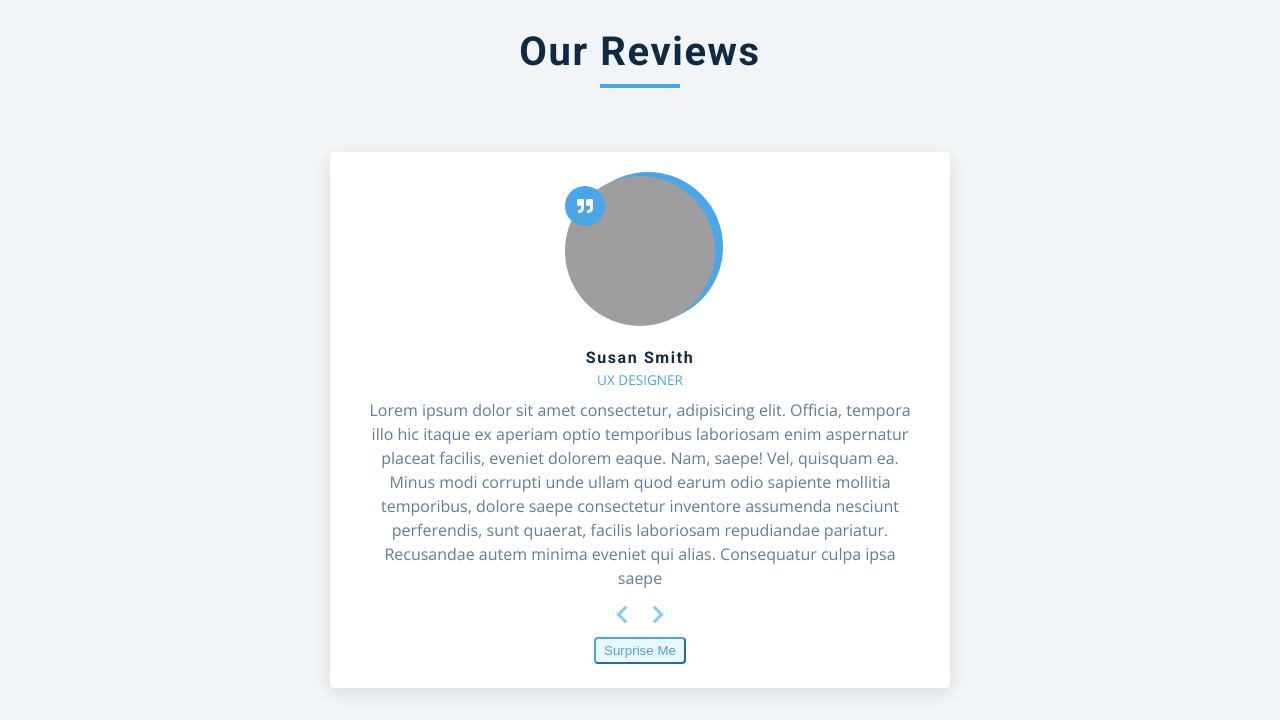
Repository: sunny070/javaScript
Page: Reviews_03/index.html
An editor plug-in stored every save of this project. The page is shown before and after the next save, followed by the edit.
The browser window is 1280 px wide. The pictures show the whole page.
Pictures or frames that could not be fetched are drawn as grey boxes. Some web libraries are served in a nearby version.

Above is the page before, as saved 2023-10-04 12:16:34.

### Reviews_03/index.html
<!DOCTYPE html>
<html lang="en">
  <head>
    <meta charset="UTF-8" />
    <meta name="viewport" content="width=device-width, initial-scale=1.0" />
    <title>Review</title>
    <link
      rel="stylesheet"
      href="https://cdnjs.cloudflare.com/ajax/libs/font-awesome/5.14.0/css/all.min.css"
    />
    <link rel="stylesheet" href="style.css" />
  </head>
  <body>
    <main>
      <section class="container">
        <div class="title">
          <h2>Our Reviews</h2>
          <div class="underline"></div>
        </div>
        <article class="review">
          <div class="img-container">
            <img id="person-img" src="person-1.jpeg" alt="" />
          </div>
          <h4 id="author">sara jones</h4>
          <p id="job">ux Designer</p>
          <p id="info">
            Lorem ipsum dolor sit amet consectetur, adipisicing elit. Officia,
            tempora illo hic itaque ex aperiam optio temporibus laboriosam enim
            aspernatur placeat facilis, eveniet dolorem eaque. Nam, saepe! Vel,
            quisquam ea. Minus modi corrupti unde ullam quod earum odio sapiente
            mollitia temporibus, dolore saepe consectetur inventore assumenda
            nesciunt perferendis, sunt quaerat, facilis laboriosam repudiandae
            pariatur. Recusandae autem minima eveniet qui alias. Consequatur
            culpa ipsa saepe
          </p>

          <div class="button-container">
            <button class="prev-btn">
              <i class="fas fa-chevron-left"></i>
            </button>
            <button class="prev-btn">
              <i class="fas fa-chevron-right"></i>
            </button>
          </div>
          <button class="random-btn">Surprise me</button>
        </article>
      </section>
    </main>

    <script src="app.js"></script>
  </body>
</html>

### Reviews_03/style.css
/*
===============
Fonts
===============
*/
@import url("https://fonts.googleapis.com/css?family=Open+Sans|Roboto:400,700&display=swap");

/*
===============
Variables
===============
*/

:root {
  /* dark shades of primary color*/
  --clr-primary-1: hsl(205, 86%, 17%);
  --clr-primary-2: hsl(205, 77%, 27%);
  --clr-primary-3: hsl(205, 72%, 37%);
  --clr-primary-4: hsl(205, 63%, 48%);
  /* primary/main color */
  --clr-primary-5: hsl(205, 78%, 60%);
  /* lighter shades of primary color */
  --clr-primary-6: hsl(205, 89%, 70%);
  --clr-primary-7: hsl(205, 90%, 76%);
  --clr-primary-8: hsl(205, 86%, 81%);
  --clr-primary-9: hsl(205, 90%, 88%);
  --clr-primary-10: hsl(205, 100%, 96%);
  /* darkest grey - used for headings */
  --clr-grey-1: hsl(209, 61%, 16%);
  --clr-grey-2: hsl(211, 39%, 23%);
  --clr-grey-3: hsl(209, 34%, 30%);
  --clr-grey-4: hsl(209, 28%, 39%);
  /* grey used for paragraphs */
  --clr-grey-5: hsl(210, 22%, 49%);
  --clr-grey-6: hsl(209, 23%, 60%);
  --clr-grey-7: hsl(211, 27%, 70%);
  --clr-grey-8: hsl(210, 31%, 80%);
  --clr-grey-9: hsl(212, 33%, 89%);
  --clr-grey-10: hsl(210, 36%, 96%);
  --clr-white: #fff;
  --clr-red-dark: hsl(360, 67%, 44%);
  --clr-red-light: hsl(360, 71%, 66%);
  --clr-green-dark: hsl(125, 67%, 44%);
  --clr-green-light: hsl(125, 71%, 66%);
  --clr-black: #222;
  --ff-primary: "Roboto", sans-serif;
  --ff-secondary: "Open Sans", sans-serif;
  --transition: all 0.3s linear;
  --spacing: 0.1rem;
  --radius: 0.25rem;
  --light-shadow: 0 5px 15px rgba(0, 0, 0, 0.1);
  --dark-shadow: 0 5px 15px rgba(0, 0, 0, 0.2);
  --max-width: 1170px;
  --fixed-width: 620px;
}
/*
===============
Global Styles
===============
*/

*,
::after,
::before {
  margin: 0;
  padding: 0;
  box-sizing: border-box;
}
body {
  font-family: var(--ff-secondary);
  background: var(--clr-grey-10);
  color: var(--clr-grey-1);
  line-height: 1.5;
  font-size: 0.875rem;
}
ul {
  list-style-type: none;
}
a {
  text-decoration: none;
}
h1,
h2,
h3,
h4 {
  letter-spacing: var(--spacing);
  text-transform: capitalize;
  line-height: 1.25;
  margin-bottom: 0.75rem;
  font-family: var(--ff-primary);
}
h1 {
  font-size: 3rem;
}
h2 {
  font-size: 2rem;
}
h3 {
  font-size: 1.25rem;
}
h4 {
  font-size: 0.875rem;
}
p {
  margin-bottom: 1.25rem;
  color: var(--clr-grey-5);
}
@media screen and (min-width: 800px) {
  h1 {
    font-size: 4rem;
  }
  h2 {
    font-size: 2.5rem;
  }
  h3 {
    font-size: 1.75rem;
  }
  h4 {
    font-size: 1rem;
  }
  body {
    font-size: 1rem;
  }
  h1,
  h2,
  h3,
  h4 {
    line-height: 1;
  }
}
/*  global classes */

/* section */
.section {
  padding: 5rem 0;
}

.section-center {
  width: 90vw;
  margin: 0 auto;
  max-width: 1170px;
}
@media screen and (min-width: 992px) {
  .section-center {
    width: 95vw;
  }
}
main {
  min-height: 100vh;
  display: grid;
  place-items: center;
}

/*
===============
Reviews
===============
*/
main {
  min-height: 100vh;
  display: grid;
  place-items: center;
}
.title {
  text-align: center;
  margin-bottom: 4rem;
}
.underline {
  height: 0.25rem;
  width: 5rem;
  background: var(--clr-primary-5);
  margin-left: auto;
  margin-right: auto;
}
.container {
  width: 80vw;
  max-width: var(--fixed-width);
}
.review {
  background: var(--clr-white);
  padding: 1.5rem 2rem;
  border-radius: var(--radius);
  box-shadow: var(--light-shadow);
  transition: var(--transition);
  text-align: center;
}
.review:hover {
  box-shadow: var(--dark-shadow);
}
.img-container {
  position: relative;
  width: 150px;
  height: 150px;
  border-radius: 50%;
  margin: 0 auto;
  margin-bottom: 1.5rem;
}
#person-img {
  width: 100%;
  display: block;
  height: 100%;
  object-fit: cover;
  border-radius: 50%;
  position: relative;
}
.img-container::after {
  font-family: "Font Awesome 5 Free";
  font-weight: 900;
  content: "\f10e";
  position: absolute;
  top: 0;
  left: 0;
  width: 2.5rem;
  height: 2.5rem;
  display: grid;
  place-items: center;
  border-radius: 50%;
  transform: translateY(25%);
  background: var(--clr-primary-5);
  color: var(--clr-white);
}
.img-container::before {
  content: "";
  width: 100%;
  height: 100%;
  background: var(--clr-primary-5);
  position: absolute;
  top: -0.25rem;
  right: -0.5rem;
  border-radius: 50%;
}
#author {
  margin-bottom: 0.25rem;
}
#job {
  margin-bottom: 0.5rem;
  text-transform: uppercase;
  color: var(--clr-primary-5);
  font-size: 0.85rem;
}
#info {
  margin-bottom: 0.75rem;
}
.prev-btn,
.next-btn {
  color: var(--clr-primary-7);
  font-size: 1.25rem;
  background: transparent;
  border-color: transparent;
  margin: 0 0.5rem;
  transition: var(--transition);
  cursor: pointer;
}
.prev-btn:hover,
.next-btn:hover {
  color: var(--clr-primary-5);
}
.random-btn {
  margin-top: 0.5rem;
  background: var(--clr-primary-10);
  color: var(--clr-primary-5);
  padding: 0.25rem 0.5rem;
  text-transform: capitalize;
  border-radius: var(--radius);
  transition: var(--transition);
  border-color: var(--clr-primary-5);
  cursor: pointer;
}
.random-btn:hover {
  background: var(--clr-primary-5);
  color: var(--clr-primary-1);
}

### Reviews_03/app.js
const reviews = [
  {
    id: 1,
    name: "susan smith",
    job: "web developer",
    img: "https://www.course-api.com/images/people/person-1.jpeg",
    text: "I'm baby meggings twee health goth +1. Bicycle rights tumeric chartreuse before they sold out chambray pop-up. Shaman humblebrag pickled coloring book salvia hoodie, cold-pressed four dollar toast everyday carry",
  },
  {
    id: 2,
    name: "anna johnson",
    job: "web designer",
    img: "https://www.course-api.com/images/people/person-2.jpeg",
    text: "Helvetica artisan kinfolk thundercats lumbersexual blue bottle. Disrupt glossier gastropub deep v vice franzen hell of brooklyn twee enamel pin fashion axe.photo booth jean shorts artisan narwhal.",
  },
  {
    id: 3,
    name: "peter jones",
    job: "intern",
    img: "https://www.course-api.com/images/people/person-4.jpeg",
    text: "Sriracha literally flexitarian irony, vape marfa unicorn. Glossier tattooed 8-bit, fixie waistcoat offal activated charcoal slow-carb marfa hell of pabst raclette post-ironic jianbing swag.",
  },
  {
    id: 4,
    name: "bill anderson",
    job: "the boss",
    img: "https://www.course-api.com/images/people/person-3.jpeg",
    text: "Edison bulb put a bird on it humblebrag, marfa pok pok heirloom fashion axe cray stumptown venmo actually seitan. VHS farm-to-table schlitz, edison bulb pop-up 3 wolf moon tote bag street art shabby chic. ",
  },
];

//select items
const img=document.getElementById('person-img');
const author=document.getElementById('author');
const job=document.getElementById('job');
const info=document.getElementById('info');

const prevBtn =document.querySelector('prev-btn')
const nextBtn =document.querySelector('.next-btn')
const randomBtn =document.querySelector('.random-btn')

//set starting item
let currentItem = 0;

//load initial item
window.addEventListener('DOMContentLoaded',function(){
  // console.log('shake and bake')
  const item = reviews[currentItem];
  console.log(item)
  img.src = item.img;
  author.textContent=item.name;
})

After the next save:
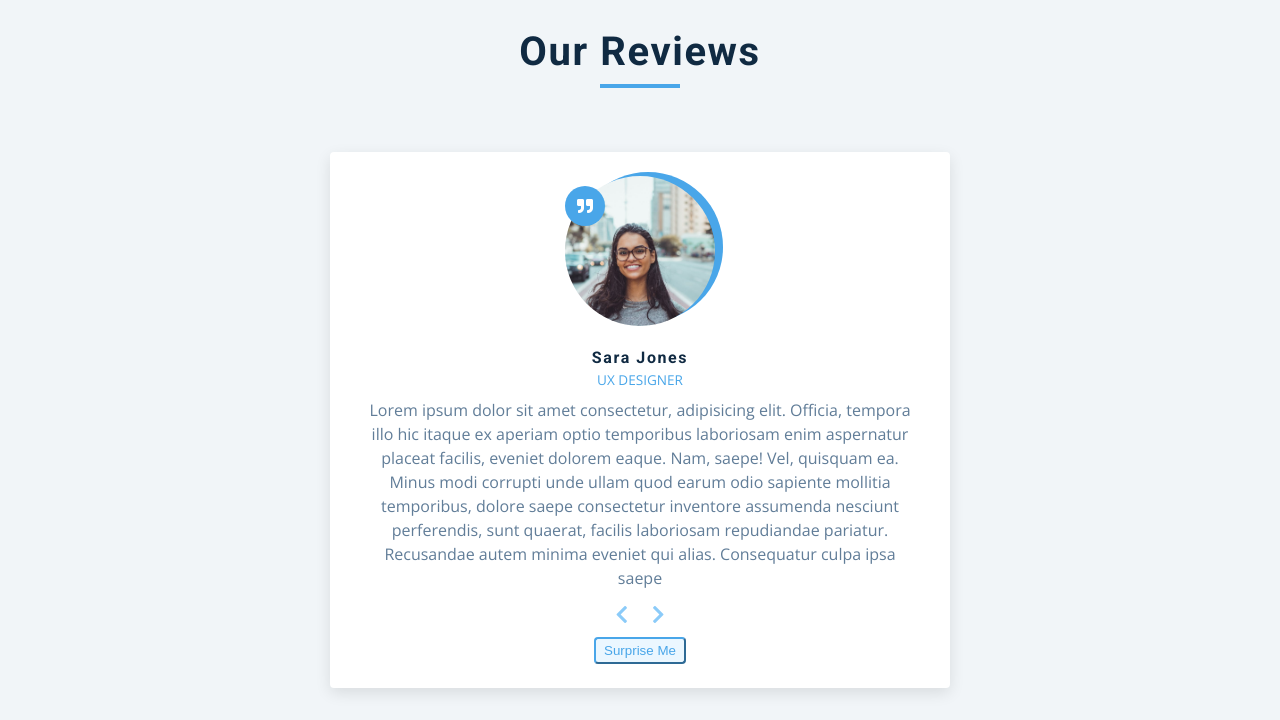
Console error: SyntaxError: Unexpected token '}'
Saved 8 s later.
--- a/Reviews_03/app.js
+++ b/Reviews_03/app.js
@@ -49,4 +49,5 @@
   console.log(item)
   img.src = item.img;
   author.textContent=item.name;
+  job.
 })

After the 5 saves that followed:
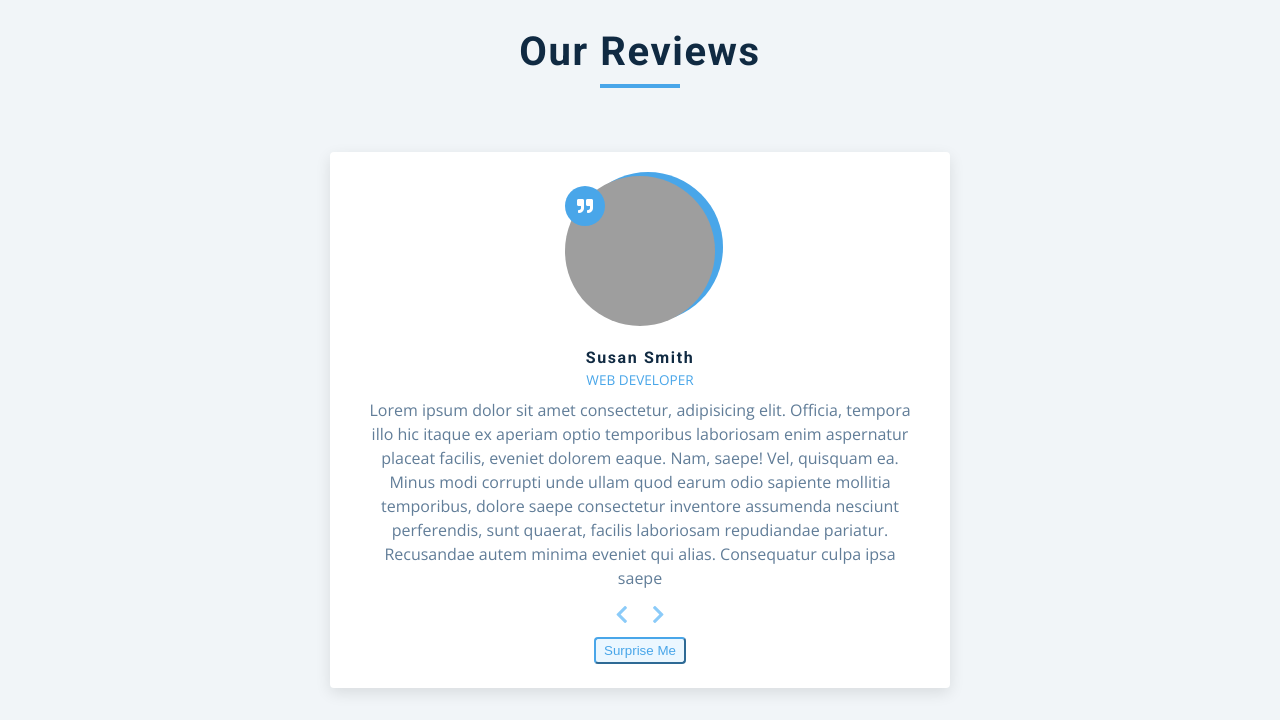
The error is gone.
The 5 saves are shown as one change because 1 left the picture as it was and some came seconds apart.
The last was saved 22 s later.
--- a/Reviews_03/app.js
+++ b/Reviews_03/app.js
@@ -49,5 +49,6 @@
   console.log(item)
   img.src = item.img;
   author.textContent=item.name;
-  job.
+  job.textContent=item.job;
+
 })
